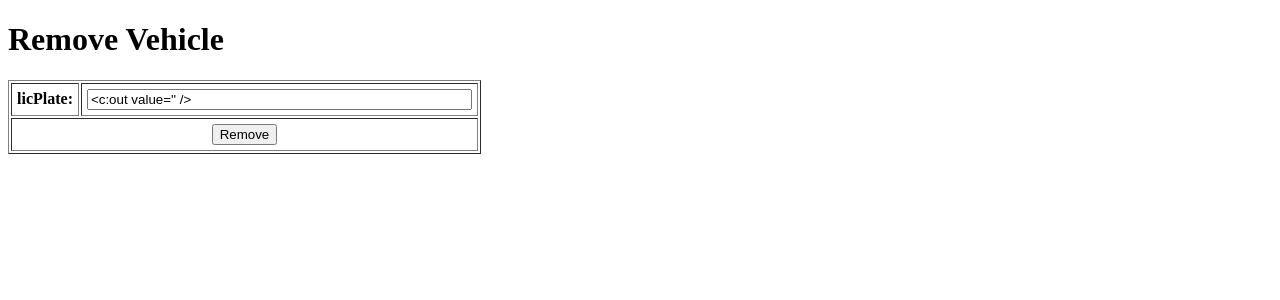
Repository: kensevv/nevexisDemos
Page: http://localhost/Car_Rental_Management_System/RemoveVehicle.jsp
The author's editor kept a copy of each file at every save. The page is drawn from the files as they stood at one save, then again after the next save.
The browser window is 1280 px wide. The pictures show the whole page.
The page is served by Tomcat 9. Nobody is signed in. The application's start-up code is not run.

Above is the page before, as saved 2021-03-24 15:19:47.

After the next save:
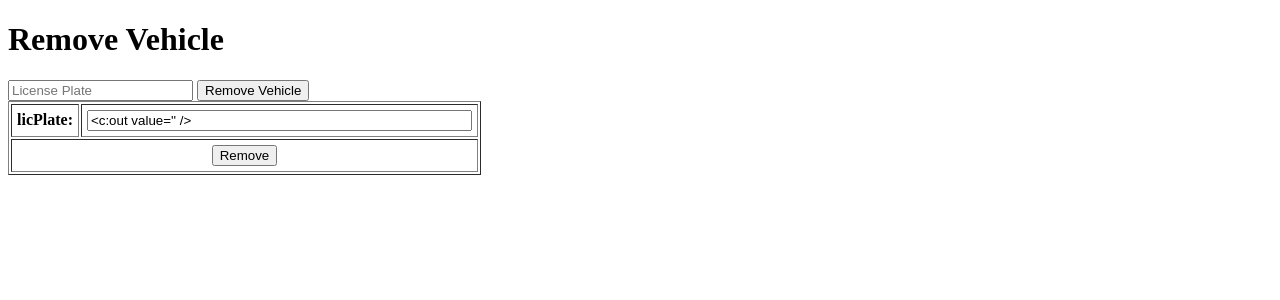
Saved 2 h 3 min later.
--- a/Car_Rental_Management_System/src/main/webapp/RemoveVehicle.jsp
+++ b/Car_Rental_Management_System/src/main/webapp/RemoveVehicle.jsp
@@ -8,7 +8,10 @@
 </head>
 <body>
 	<h1>Remove Vehicle</h1>
-	<% String licPlate; %>
+	<form method="get" action="delete">
+	<input type="text" name="licPlate" placeholder="License Plate"></input>
+	<button type="submit" class="removeBtn">Remove Vehicle</button>
+</form>
 	<table border="1" cellpadding="5">
 		<tr>
 			<th>licPlate:</th>
@@ -23,5 +26,6 @@
 			</td>
 		</tr>
 	</table>
+
 </body>
 </html>
